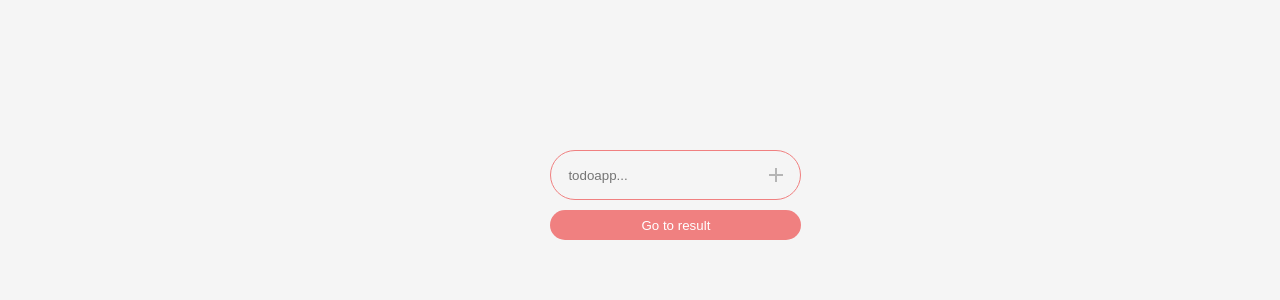
Repository: ehabmelhem/React-Redux--todoapp
Page: / (app in todoapp/)
These files come from the project's save history. The page is drawn as it stood at one moment and after a run of saves; the edit follows.
The browser window is 1280 px wide. The pictures show the whole page.
The project was rebuilt for these pictures with package versions that can differ from the ones it lists, and the page was loaded fresh each time. Also part of the build but not shown: todoapp/src/Compents/Result.js.

Above is the page before, as saved 2021-01-30 18:59:40.

After the next 2 saves:
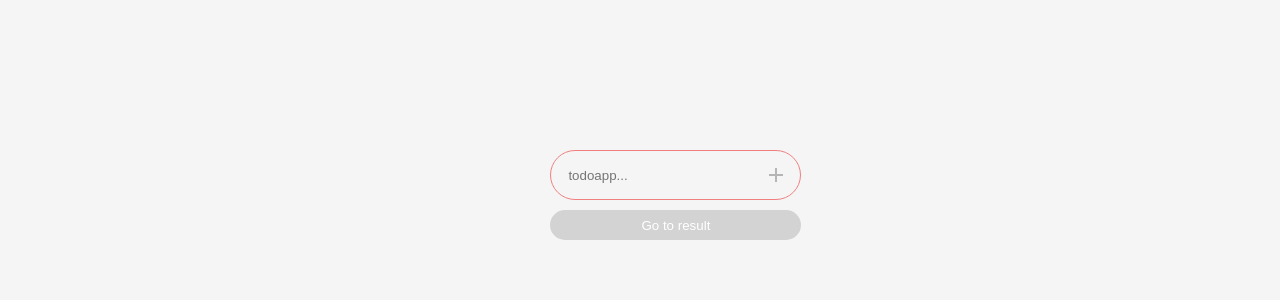
The 2 saves are shown as one change because they came seconds apart.
The last was saved 7 s later.
--- a/todoapp/src/App.css
+++ b/todoapp/src/App.css
@@ -48,7 +48,7 @@ body {
   width: 100%;
   height: 30px;
   color: white;
-  background-color: lightcoral;
+  background-color: lightgray;
   border: none;
   outline: none;
   border-radius: 999px;
